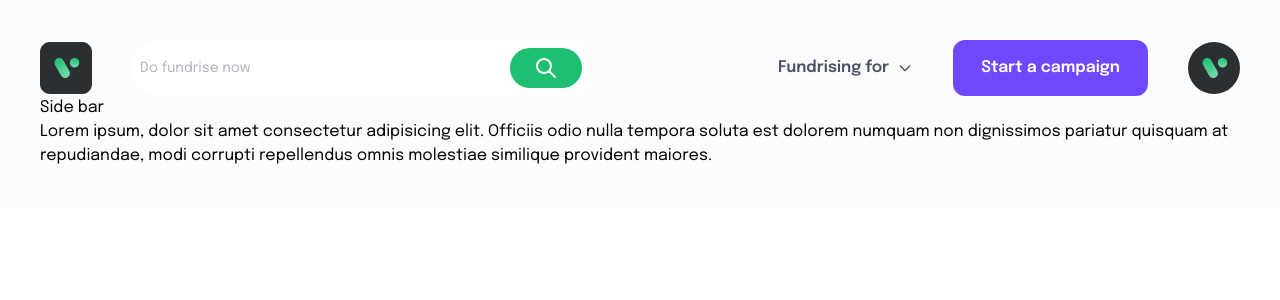
Repository: hoang0508/CrowFunding-APP
Page: /
An editor plug-in stored every save of this project. The page is shown before and after the next save, followed by the edit.
The browser window is 1280 px wide. The pictures show the whole page.
The project was rebuilt for these pictures with package versions that can differ from the ones it lists, and the page was loaded fresh each time. Also part of the build but not shown: src/components/common/ErrorComponent.js, src/components/button/ButtonGoogle.js. Imported but missing from the stored project, and not drawn on this page: src/store/reducers.

Above is the page before, as saved 2022-07-21 08:53:46.

After the next save:
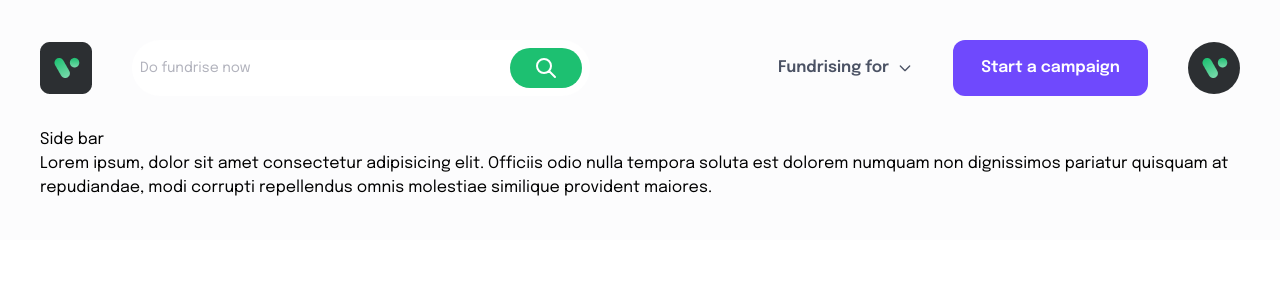
Saved 11 min 52 s later.
--- a/src/modules/dashboard/DashboardTopbar.js
+++ b/src/modules/dashboard/DashboardTopbar.js
@@ -5,7 +5,7 @@ import DashboardSearch from "./DashboardSearch";
 
 const DashboardTopbar = () => {
   return (
-    <div className="flex items-center justify-between">
+    <div className="flex items-center justify-between mb-8">
       <div className="flex items-center gap-x-10 flex-1">
         <img src="/logo.png" alt="crowfunding-app" />
         <div className="w-full max-w-[458px] ">
